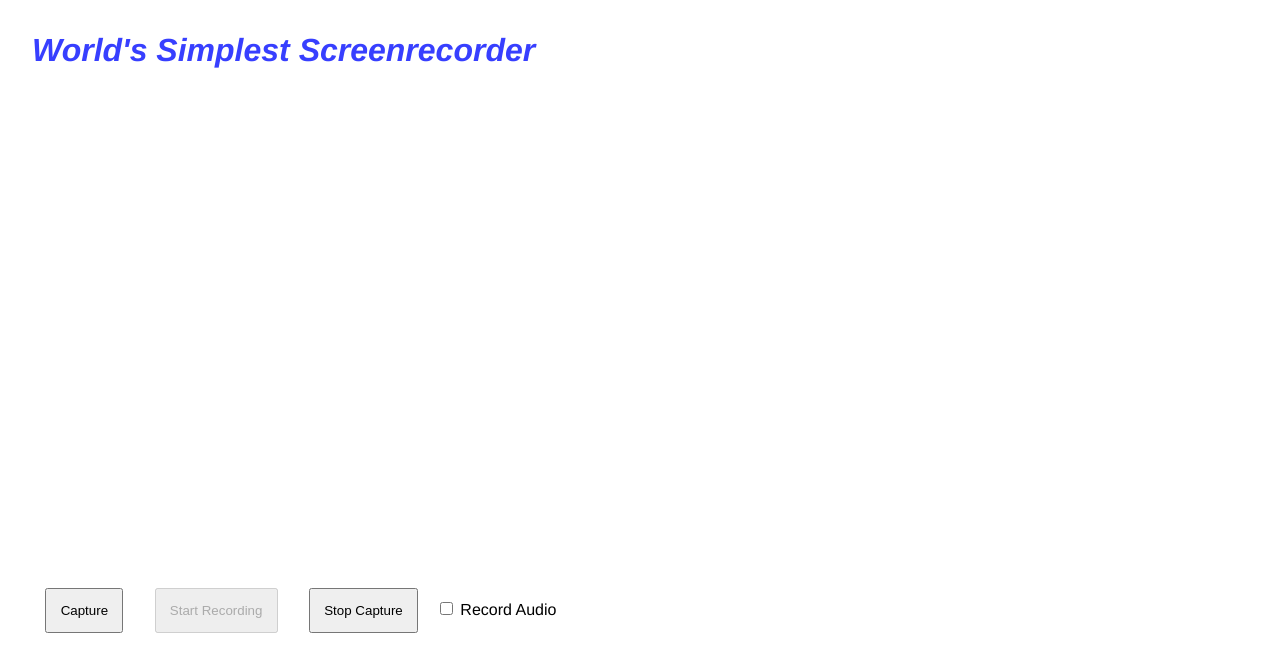
Repository: santiljanomalaj/recording_youtube
Page: index.html
The author's editor kept a copy of each file at every save. The page is drawn from the files as they stood at one save, then again after the next save.
The browser window is 1280 px wide. The pictures show the whole page.

Above is the page before, as saved 2020-04-29 17:31:45.
Console error: TypeError: Cannot read properties of undefined (reading 'start')

After the next save:
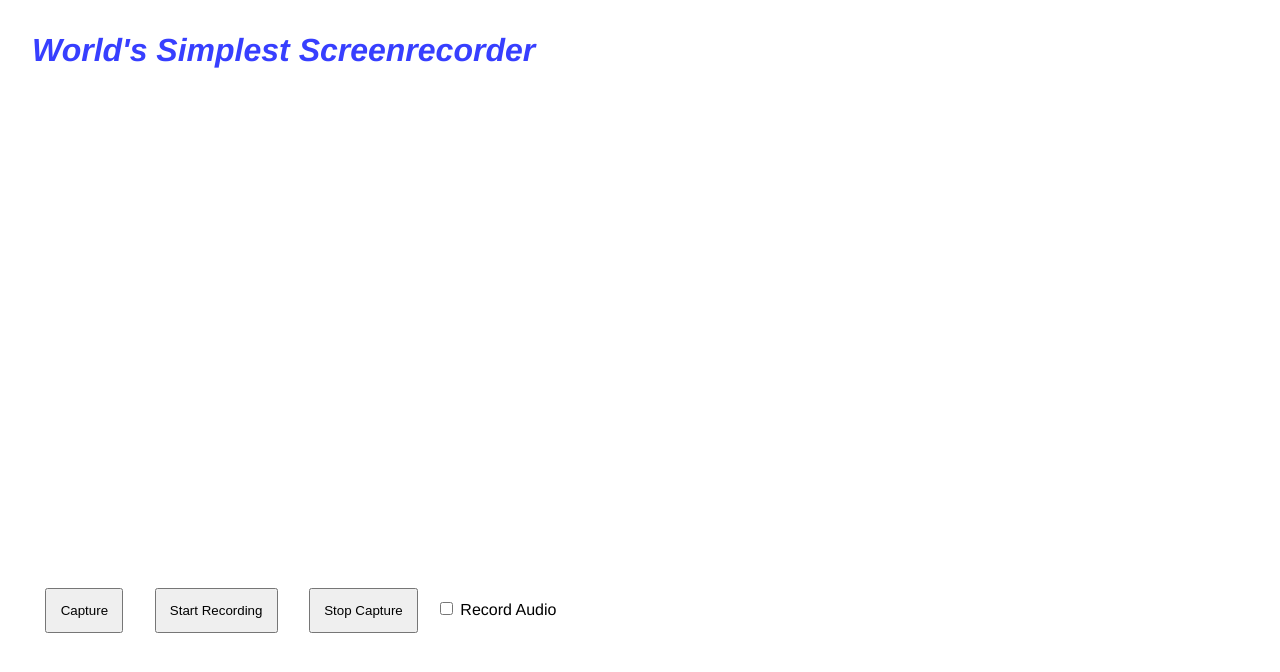
Saved 22 s later.
--- a/index.html
+++ b/index.html
@@ -20,7 +20,7 @@
     <video id="videoElement" autoplay></video>
     <br />
     <button id="captureBtn">Capture</button>
-    <button id="startBtn">Start Recording</button>
+    <button id="startBtn" disabled>Start Recording</button>
     <button id="stopBtn" disabled>Stop Capture</button>
     <input type="checkbox" id="audioToggle" />
     <label for="audioToggle">Record Audio</label>
@@ -82,7 +82,7 @@
       };
 
       //   startBtn.onclick = () => {
-      startBtn.disabled = true;
+      startBtn.disabled = false;
       stopBtn.disabled = false;
       rec.start();
 
